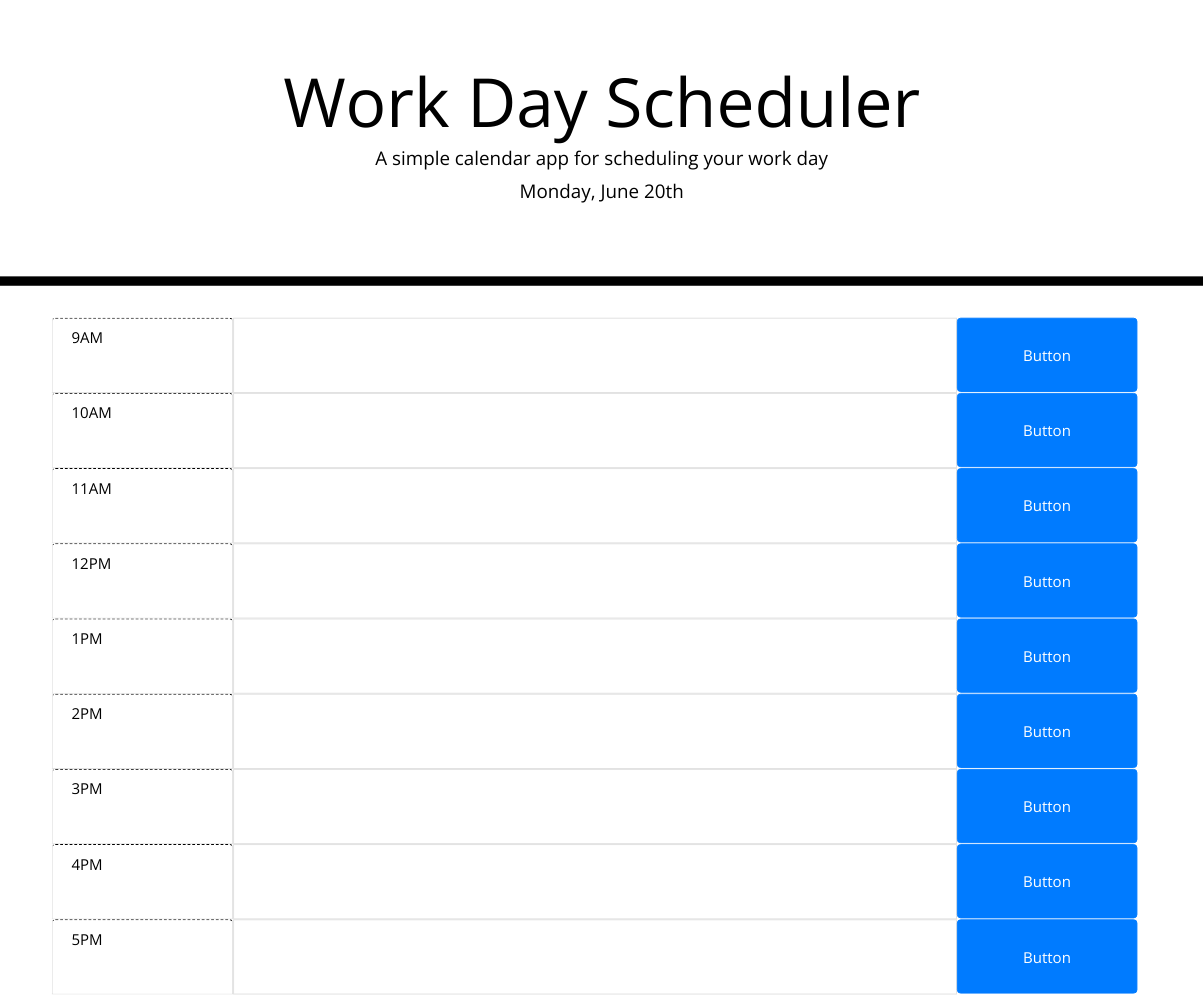
Repository: dtierney21/work-day-scheduler
Page: index.html
The author's editor kept a copy of each file at every save. The page is drawn from the files as they stood at one save, then again after the next save.
The browser window is 1280 px wide. The pictures show the whole page, at 94% of full size.
Some web libraries are served in a nearby version.

Above is the page before, as saved 2022-06-28 12:15:27.

After the next save:
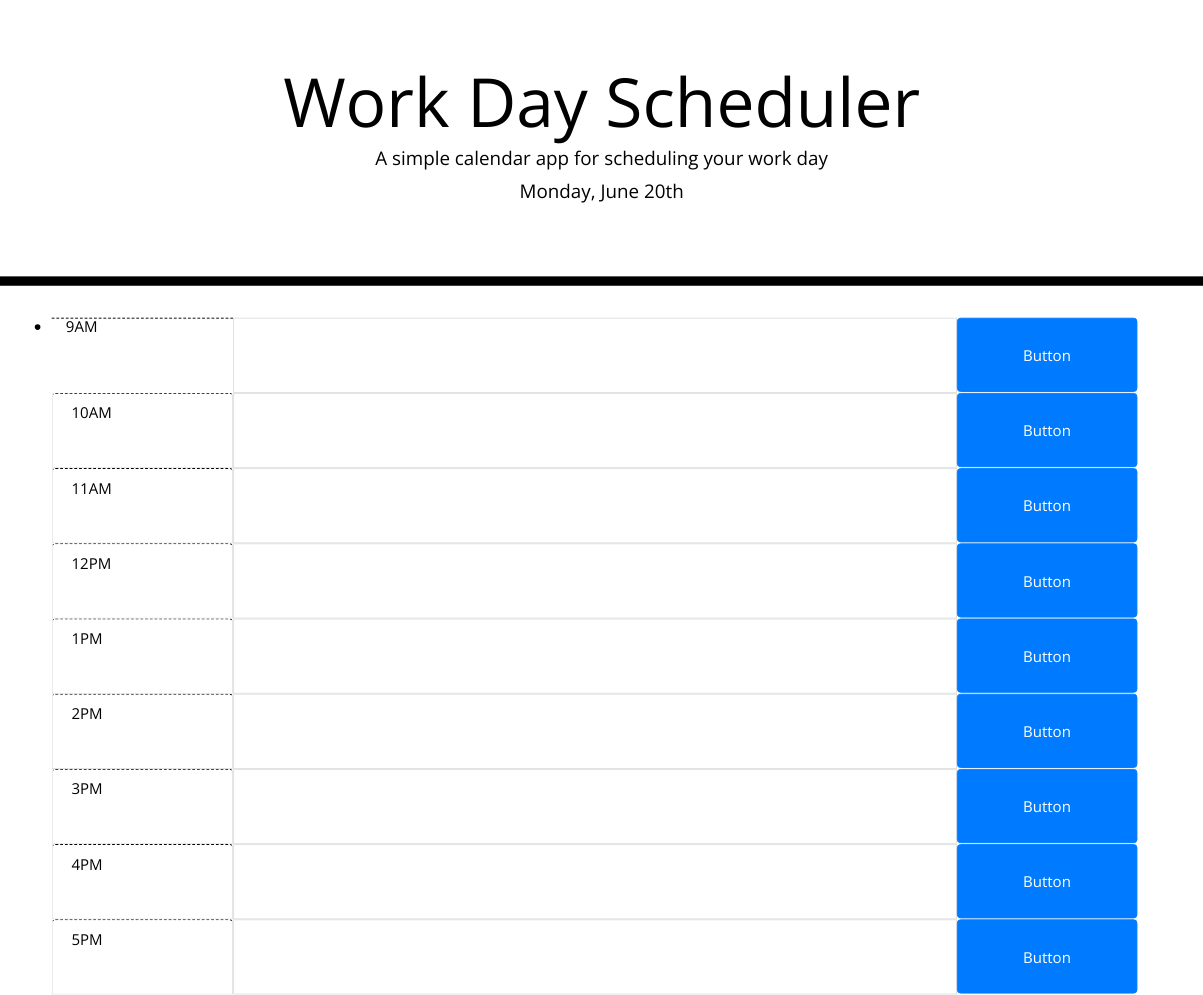
Saved 14 s later.
--- a/index.html
+++ b/index.html
@@ -33,7 +33,7 @@
       <!-- Timeblocks go here -->
             <ul class="list-group col-12">
                 <div class="row">
-                    <li class="list-group-item hour col-2">9AM</li>
+                    <li class="hour col-2">9AM</li>
                     <li class="list-group-item col-8"></li>
                     <button class="btn btn-primary col-2" type="submit">Button</button>
                 </div>
